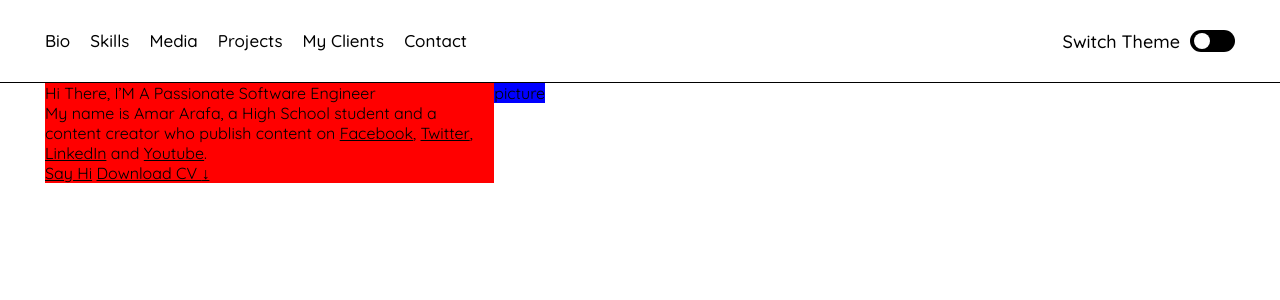
Repository: benarafa1/personal-website
Page: index.html
An editor plug-in stored every save of this project. The page is shown before and after the next save, followed by the edit.
The browser window is 1280 px wide. The pictures show the whole page.

Above is the page before, as saved 2025-04-12 07:03:06.

After the next save:
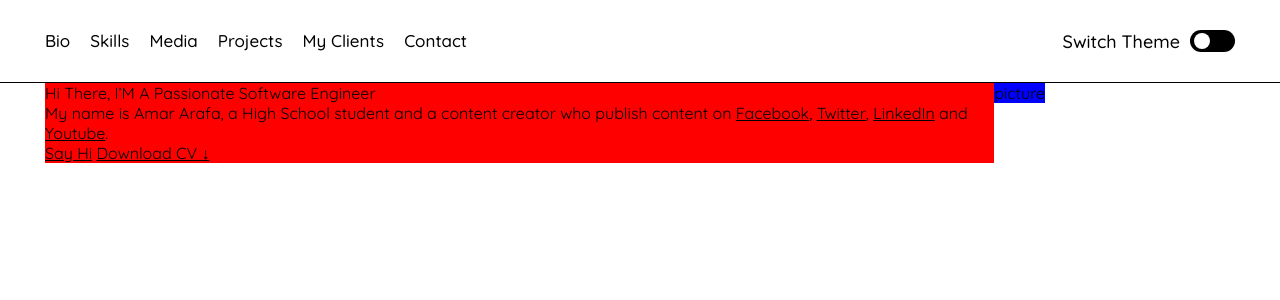
Saved 10 s later.
--- a/style.css
+++ b/style.css
@@ -156,7 +156,7 @@ html {
   display: grid;
   grid-template-columns: repeat(2, auto);
   align-items: start;
-  width: 500px;
+  width: 1000px;
 }
 /* bio component start */
 .bio {
